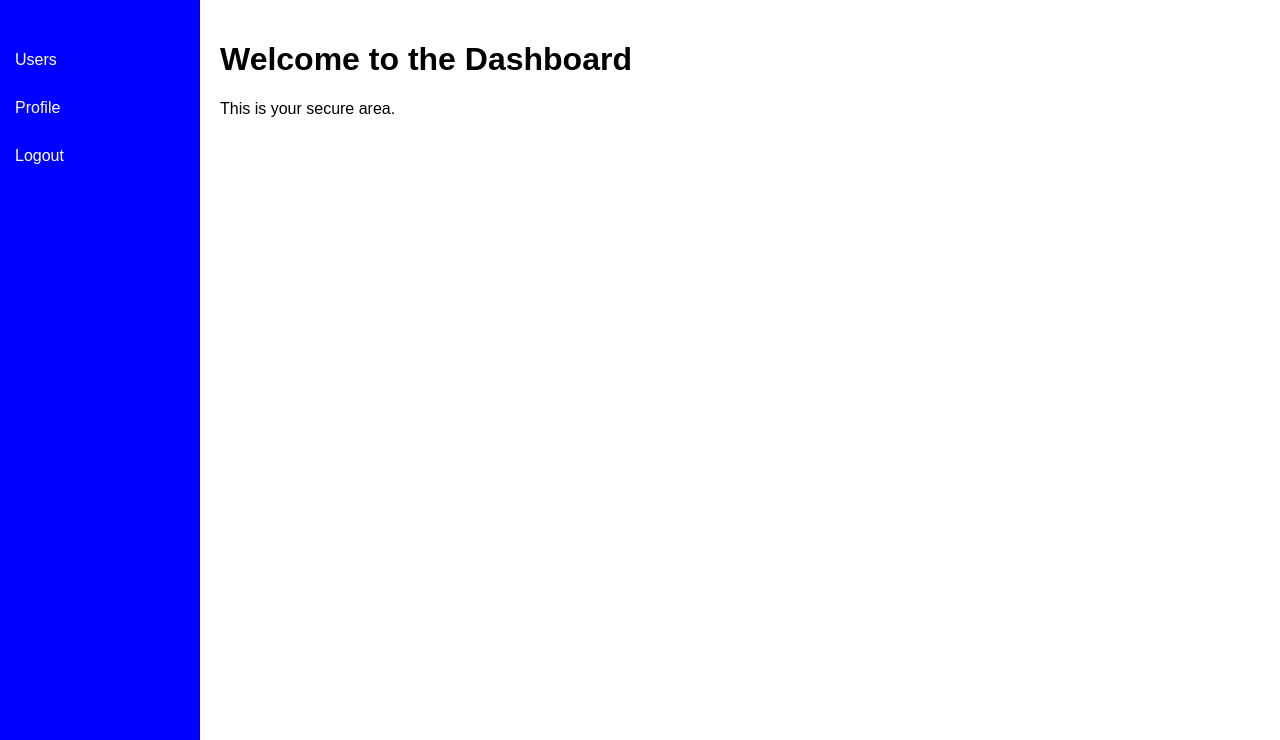
Repository: chennammal15saravanan/Super_Admin
Page: http://localhost/dashboard
The author's editor kept a copy of each file at every save. The page is drawn from the files as they stood at one save, then again after a run of saves.
The browser window is 1280 px wide. The pictures show the whole page.
The page is served by the project's application, run on Flask 3 (app.py).

Above is the page before, as saved 2025-06-13 15:10:34.

After the next 2 saves:
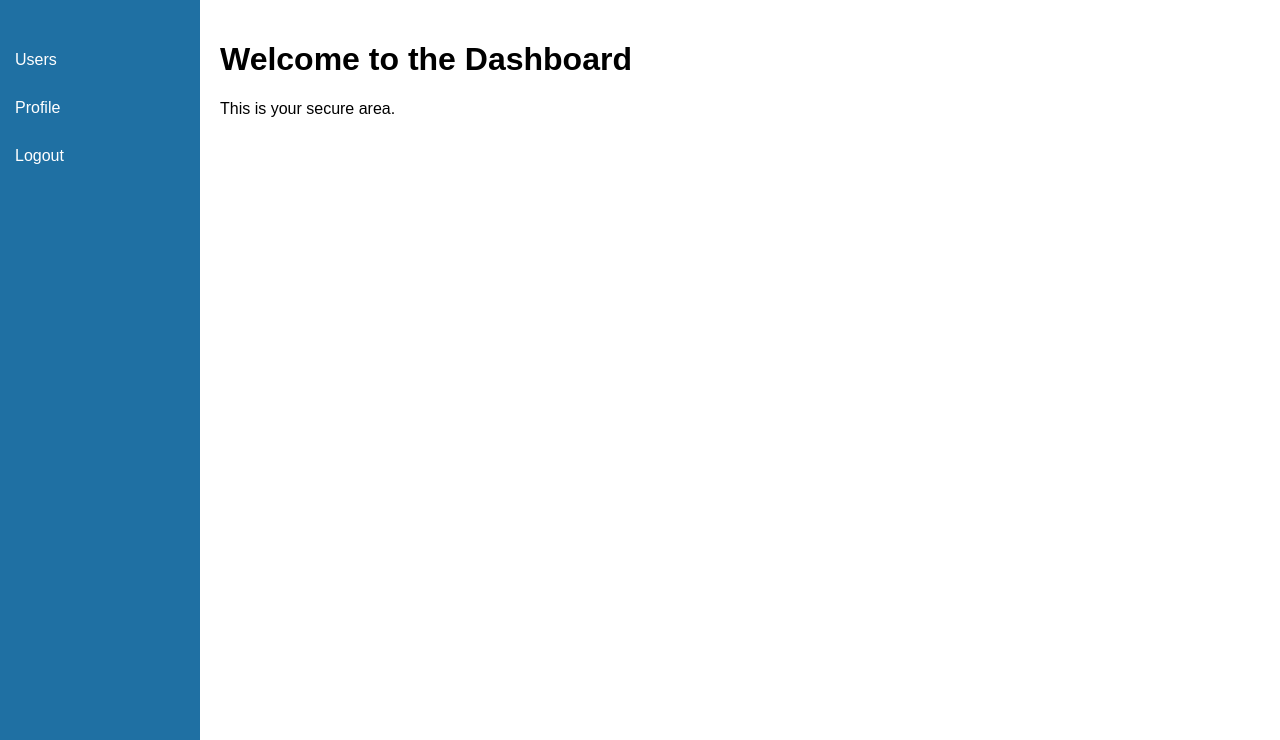
The 2 saves are shown as one change because they came seconds apart.
The last was saved 22 s later.
--- a/static/css/dashboard.css
+++ b/static/css/dashboard.css
@@ -6,7 +6,7 @@ body {
 
 .sidebar {
   width: 200px;
-  background-color: blue;
+  background-color: rgb(31, 112, 163);
   color: white;
   height: 100vh;
   padding-top: 20px;
